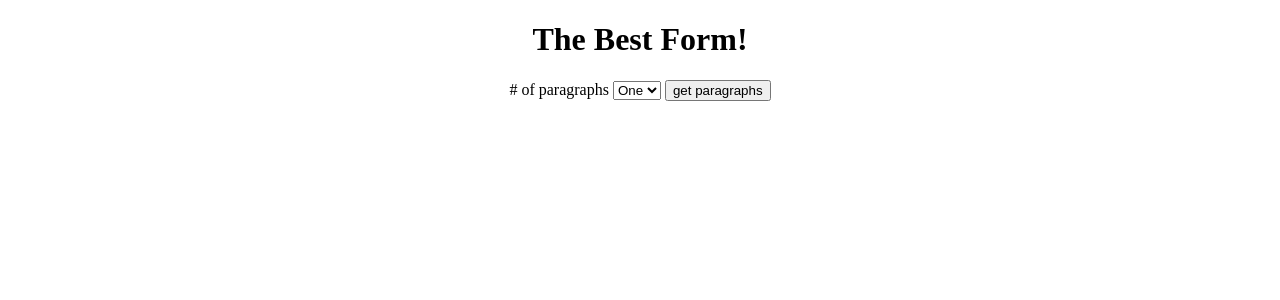
Repository: jedeyejed00/TheGameShaq
Page: ClassWork/Lab4/generatorform.html
The author's editor kept a record of every edit. The page is drawn from the files as they stood at one moment, then again after the next edit.
The browser window is 1280 px wide. The pictures show the whole page.

Above is the page before.

### ClassWork/Lab4/generatorform.html
<!DOCTYPE html>

<html><head>



        <title>Forms</title>

    </head>

    <body><Center>

                <H1>The Best Form!</H1>

                <form action="generator.php" method="POST">

                    <label for ="paragraphs"># of paragraphs</label>
                    <select id ="paragraphs" names ="paragraphs">
                    <option value ="1">One</option>
                     <option value ="1">One</option>
                      <option value ="1">One</option>
                       <option value ="1">One</option>

                    </select>



                    <button> get paragraphs</button>



                    </form>



 </Center>





</body>

    </html>

After the next edit:
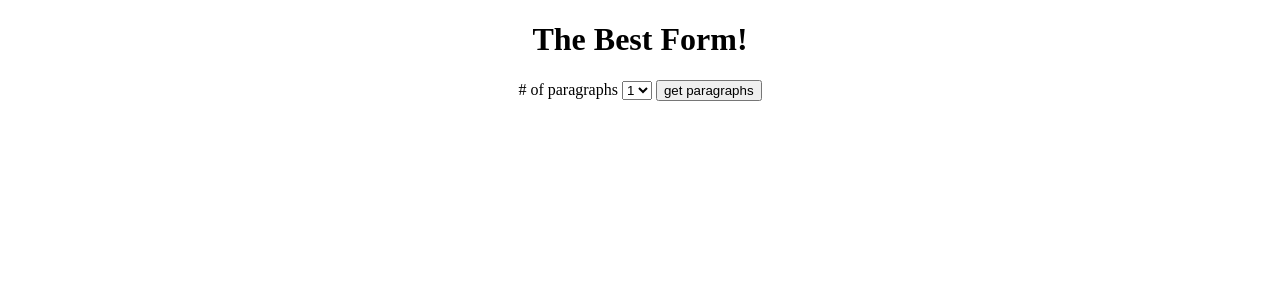
The edit:
--- a/ClassWork/Lab4/generatorform.html
+++ b/ClassWork/Lab4/generatorform.html
@@ -16,10 +16,10 @@
 
                     <label for ="paragraphs"># of paragraphs</label>
                     <select id ="paragraphs" names ="paragraphs">
-                    <option value ="1">One</option>
-                     <option value ="1">One</option>
-                      <option value ="1">One</option>
-                       <option value ="1">One</option>
+                    <option value ="1">1</option>
+                     <option value ="2">2</option>
+                      <option value ="3">3</option>
+                       <option value ="4">4</option>
 
                     </select>
 
